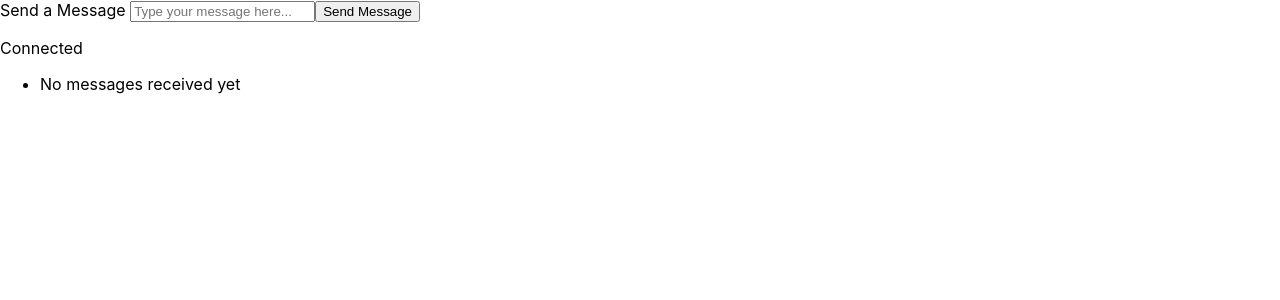
Repository: Sanshit-sagar/socketeer
Page: /socketeer
An editor plug-in stored every save of this project. The page is shown before and after a run of saves, followed by the edit.
The browser window is 1280 px wide. The pictures show the whole page.
The page's requests for data from a server got no answer. The project was rebuilt for these pictures with package versions that can differ from the ones it lists, and the page was loaded fresh each time. The framework's server and built-in components were replaced by stand-ins that run in the browser. No one was signed in, and anything a server would have sent is missing. Also part of the build but not shown: next.config.js.

Above is the page before, as saved 2021-11-11 18:48:36.

After the next 2 saves:
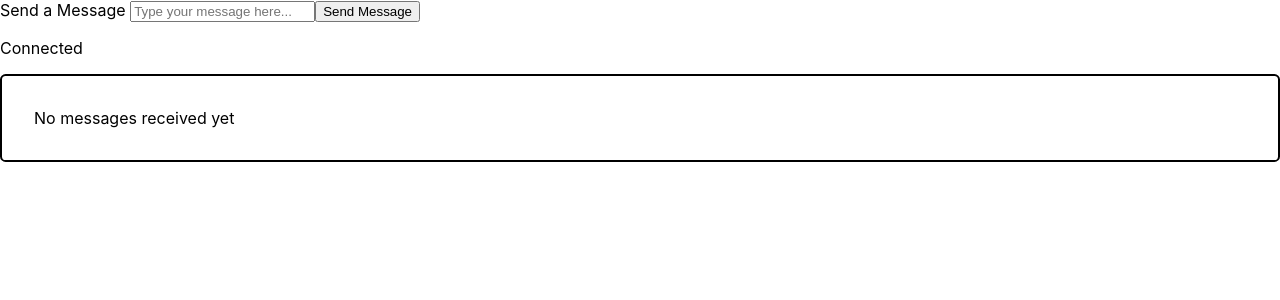
The 2 saves are shown as one change because they came seconds apart.
The last was saved 14 s later.
--- a/pages/socketeer.tsx
+++ b/pages/socketeer.tsx
@@ -110,14 +110,14 @@ export default class Socketeer extends Component {
                                         {connected ? "Connected" : "Not connected"}
                                     </p>
                                 </header>
-                                <ul className="messages_ul">
+                                <MessageList>
                                     {received?.map(({ message }, index) => {
                                         return <li key={`${message}_${index}`}>{message}</li>;
                                     })}
                                     {connected && received?.length === 0 && (
                                         <li>No messages received yet</li>
                                     )}
-                                </ul>
+                                </MessageList>
                             </div>
                         </div>
                     </div>
